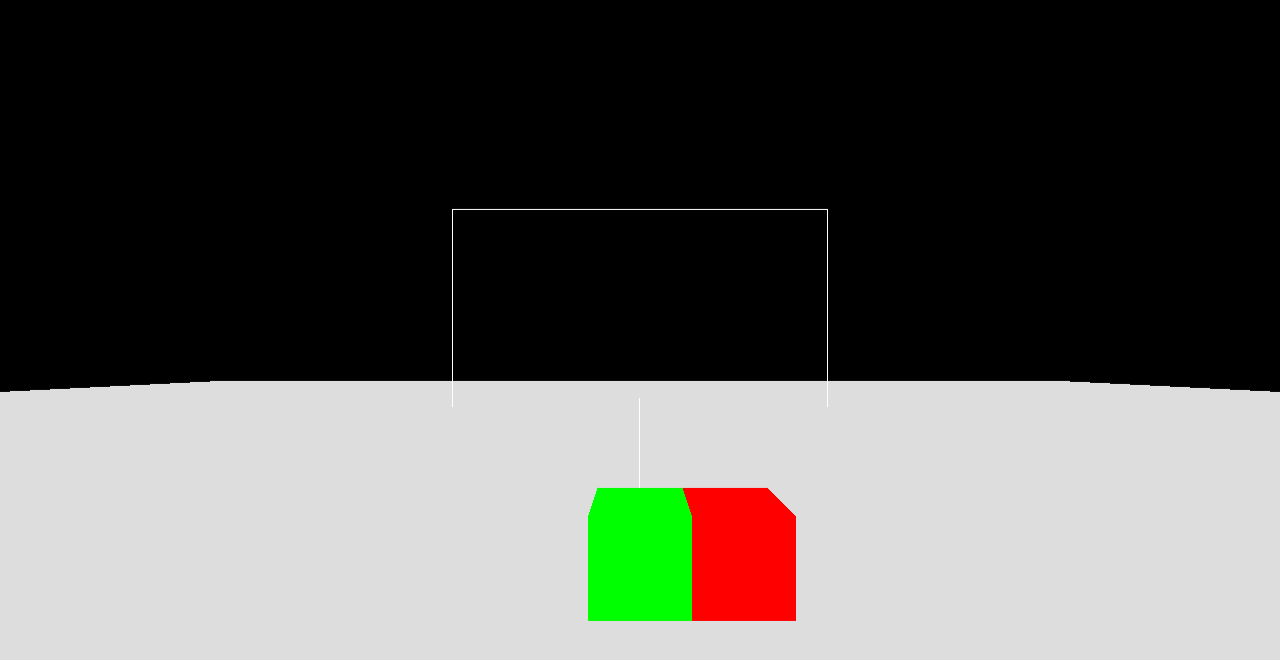
Repository: SanjoSolutions/projects
Page: minecraft/index.html
An editor plug-in stored every save of this project. The page is shown before and after the next save, followed by the edit.
The browser window is 1280 px wide. The pictures show the whole page.
Some web libraries are served in a nearby version.

Above is the page before, as saved 2020-08-31 19:42:02.

### minecraft/index.html
<html>
  <head>
    <title>My first three.js app</title>
    <style>
      body {
        margin: 0;
      }
      canvas {
        display: block;
      }
    </style>
  </head>
  <body>
    <script type="module" src="index.js"></script>
  </body>
</html>

### minecraft/index.js
import * as THREE from './node_modules/three/build/three.module.js';

const scene = new THREE.Scene()
const camera = new THREE.PerspectiveCamera(
  75,
  window.innerWidth / window.innerHeight,
  0.1,
  1000
)
camera.position.y = 2

const renderer = new THREE.WebGLRenderer()
renderer.setSize(window.innerWidth, window.innerHeight)
document.body.appendChild(renderer.domElement)

const ambientLight = createAmbientLight()
scene.add(ambientLight)

const hemisphereLight = createHemisphereLight()
scene.add(hemisphereLight)

const directionalLight = createDirectionalLight()
scene.add(directionalLight)

const directionalLightHelper = new THREE.DirectionalLightHelper(
  directionalLight,
  10
)
scene.add(directionalLightHelper)

const plane = createPlane()
scene.add(plane)

const cube1 = createCube(0x00ff00, { x: 0, y: 0, z: 0 })
scene.add(cube1)

const cube2 = createCube(0xff0000, { x: 1, y: 0, z: 0 })
scene.add(cube2)

camera.position.z = 5

const animate = function () {
  requestAnimationFrame(animate)

  // cube.rotation.x += 0.01
  // cube.rotation.y += 0.01

  renderer.render(scene, camera)
}

animate()

function createPlane() {
  const geometry = new THREE.PlaneGeometry(100, 100)
  const material = new THREE.MeshBasicMaterial({ color: 0xdddddd })
  const plane = new THREE.Mesh(geometry, material)
  plane.rotation.x = -Math.PI / 2
  plane.position.x = 0
  plane.position.y = -0.5
  plane.position.z = 0
  plane.receiveShadow = true
  return plane
}

function createCube(color, position) {
  const geometry = new THREE.BoxGeometry(1, 1, 1)
  const material = new THREE.MeshBasicMaterial({ color })
  const cube = new THREE.Mesh(geometry, material)
  cube.position.x = position.x
  cube.position.y = position.y
  cube.position.z = position.z
  cube.castShadow = true
  return cube
}

function createAmbientLight() {
  return new THREE.AmbientLight(0x666666)
}

function createHemisphereLight() {
  const hemisphereLight = new THREE.HemisphereLight(0xffffff, 0xffffff, 0.6)
  hemisphereLight.color.setHSL(0.6, 1, 0.6)
  hemisphereLight.groundColor.setHSL(0.095, 1, 0.75)
  hemisphereLight.position.set(0, 50, 0)
  return hemisphereLight
}

function createDirectionalLight() {
  const directionalLight = new THREE.DirectionalLight(0xffffff, 1)
  directionalLight.position.set(0, 0, -20)
  directionalLight.castShadow = true

  return directionalLight
}

After the next save:
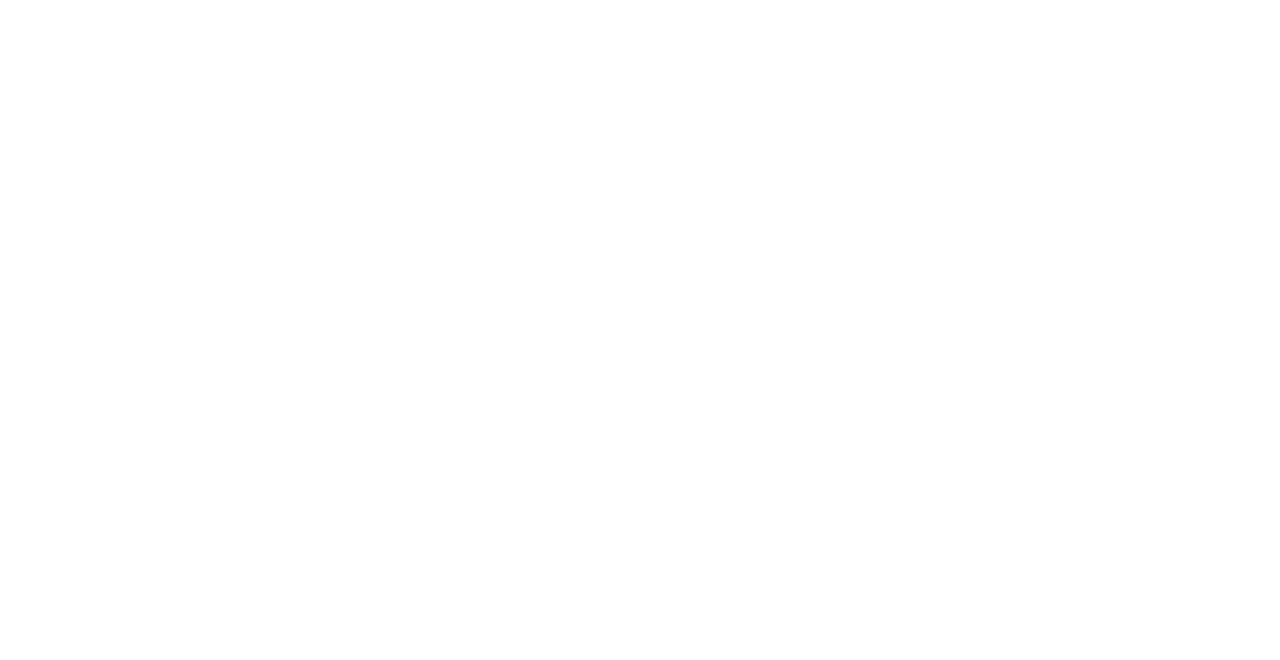
Console error: TypeError: THREE.PlaneBufferGeometry is not a constructor
Saved 57 s later.
--- a/minecraft/index.js
+++ b/minecraft/index.js
@@ -51,7 +51,7 @@
 animate()
 
 function createPlane() {
-  const geometry = new THREE.PlaneGeometry(100, 100)
+  const geometry = new THREE.PlaneBufferGeometry(100, 100)
   const material = new THREE.MeshBasicMaterial({ color: 0xdddddd })
   const plane = new THREE.Mesh(geometry, material)
   plane.rotation.x = -Math.PI / 2

After the save that followed:
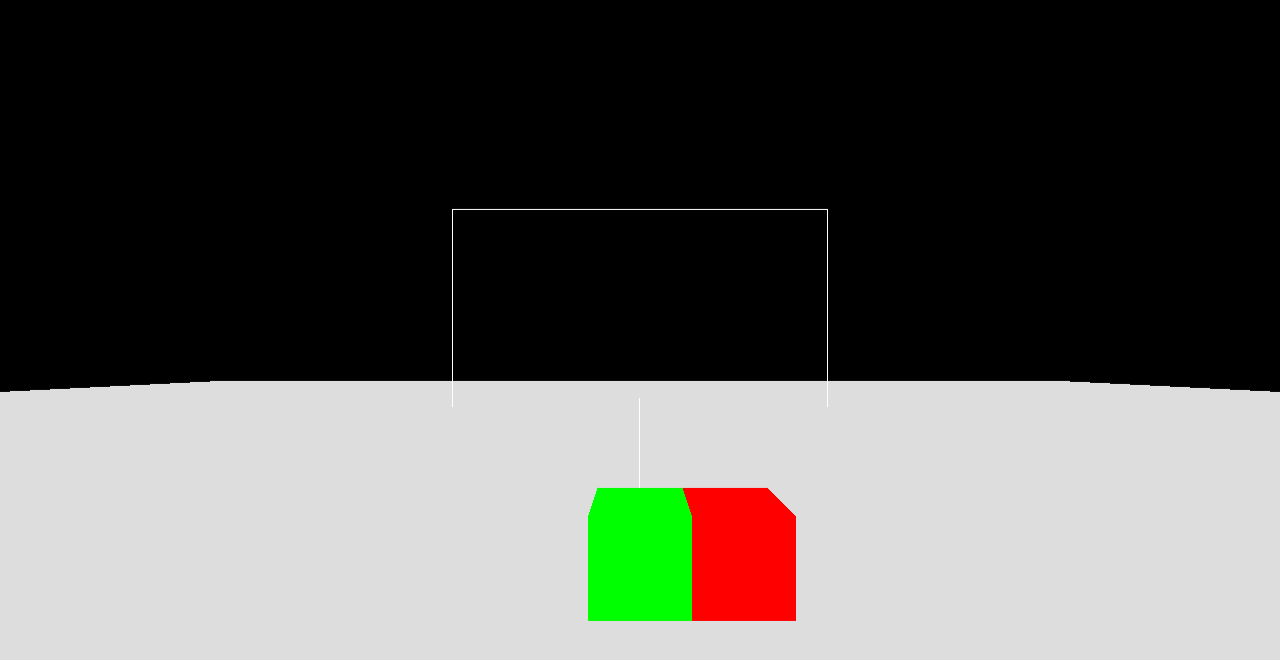
The error is gone.
Saved 8 s later.
--- a/minecraft/index.js
+++ b/minecraft/index.js
@@ -51,7 +51,7 @@
 animate()
 
 function createPlane() {
-  const geometry = new THREE.PlaneBufferGeometry(100, 100)
+  const geometry = new THREE.PlaneGeometry(100, 100)
   const material = new THREE.MeshBasicMaterial({ color: 0xdddddd })
   const plane = new THREE.Mesh(geometry, material)
   plane.rotation.x = -Math.PI / 2
